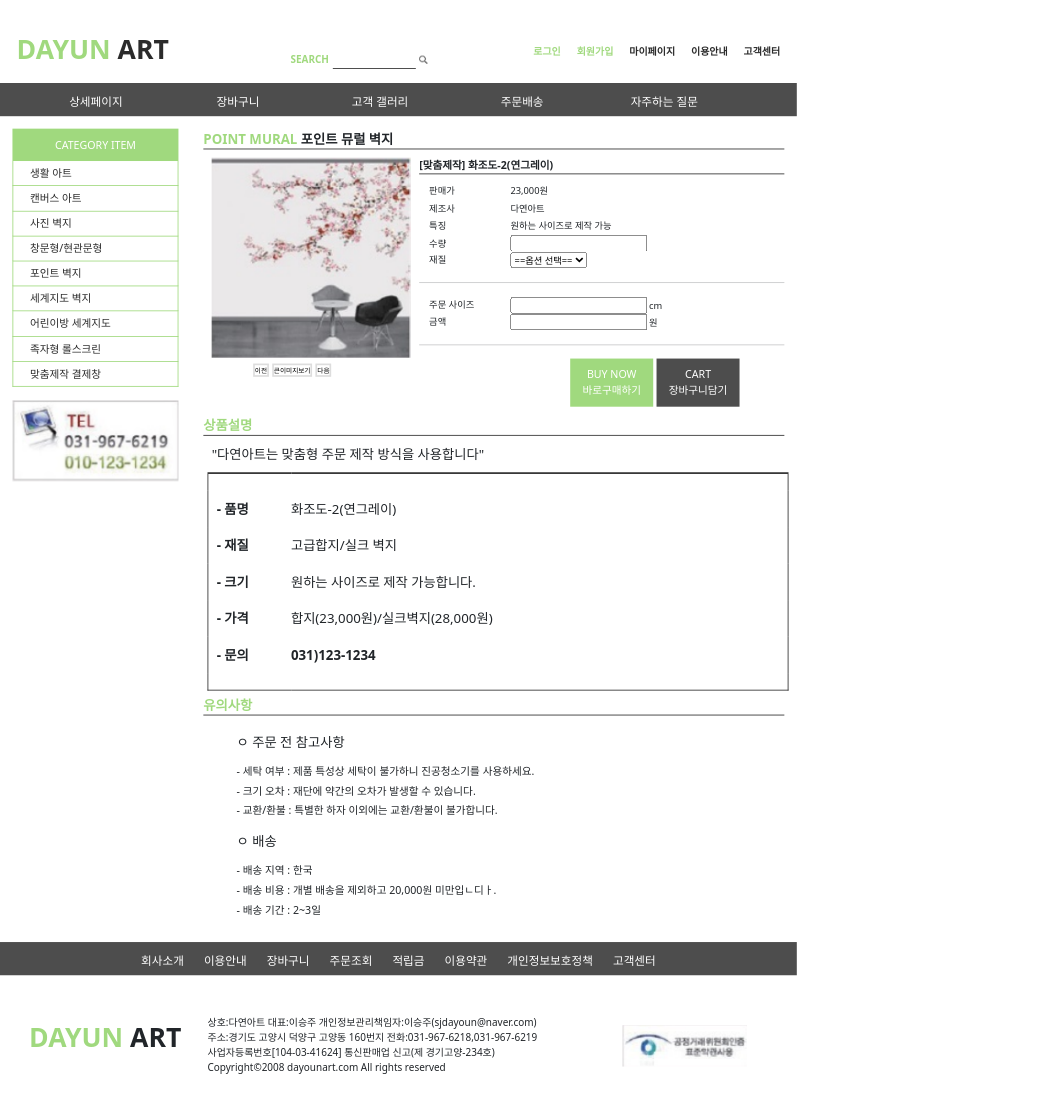
Repository: yeonddu/green_js
Page: pro01/public/bootstrap/product.html
The author's editor kept a copy of each file at every save. The page is drawn from the files as they stood at one save, then again after the next save.
The browser window is 1280 px wide. The pictures show the whole page, at 83% of full size.

Above is the page before, as saved 2022-12-27 07:34:20.

After the next save:
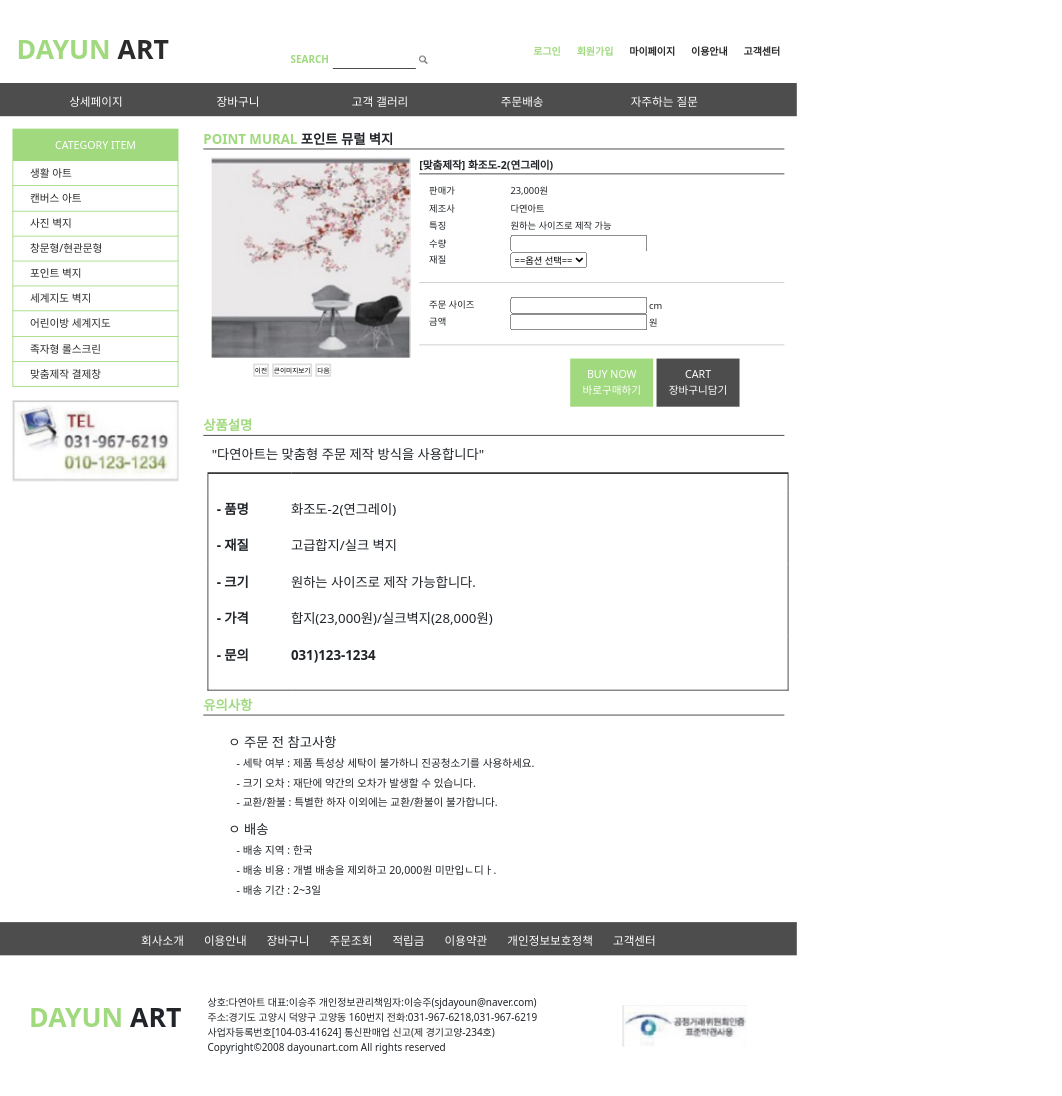
Saved 7 s later.
--- a/pro01/public/bootstrap/product.css
+++ b/pro01/public/bootstrap/product.css
@@ -146,7 +146,7 @@ section .product-title {
 }
 
 #box3 #box3-content div {
-	margin:20px;
+	margin:10px;
 }
 
 #box3 #box3-content p {
